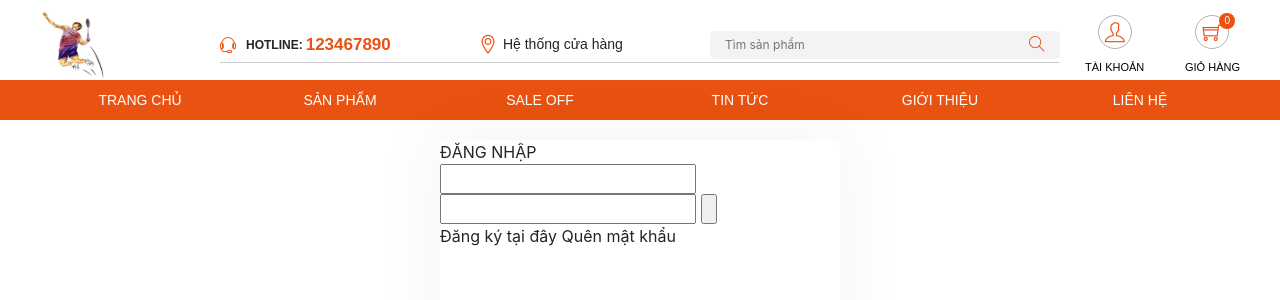
Repository: Namtran3107/CauLongSo1
Page: login.html
The author's editor kept a copy of each file at every save. The page is drawn from the files as they stood at one save, then again after the next save.
The browser window is 1280 px wide. The pictures show the whole page.

Above is the page before, as saved 2022-12-11 14:09:49.

After the next save:
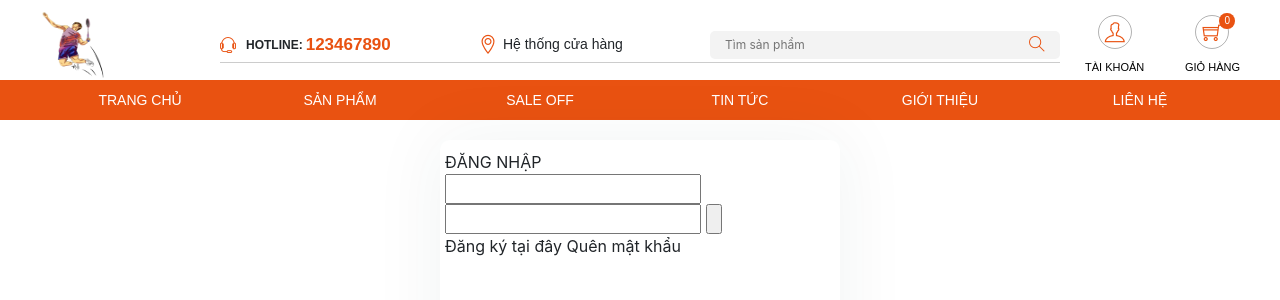
Saved 29 s later.
--- a/login.css
+++ b/login.css
@@ -10,3 +10,6 @@
     box-shadow: 0px 1px 69.16px 6.84px rgb(20 64 51 / 5%);
     border-radius: 10px;
 }
+.table-login-list{
+    padding: 10px 5px 0;
+}
